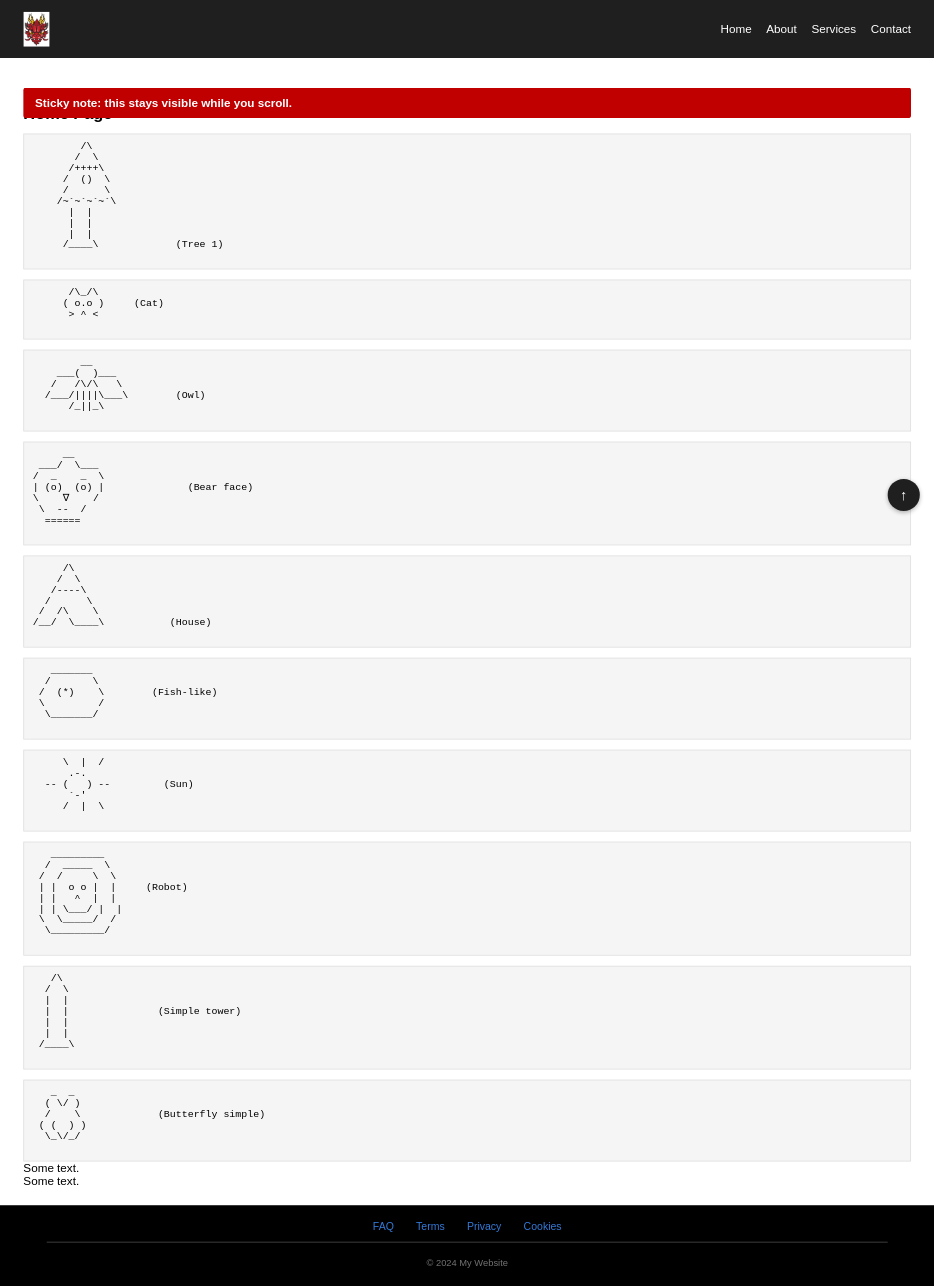
Repository: andreamm-lab/css-positioning-examples-2025-10
Page: index.html
An editor plug-in stored every save of this project. The page is shown before and after the next save, followed by the edit.
The browser window is 1280 px wide. The pictures show the whole page, at 73% of full size.

Above is the page before, as saved 2025-11-10 19:58:31.

After the next save:
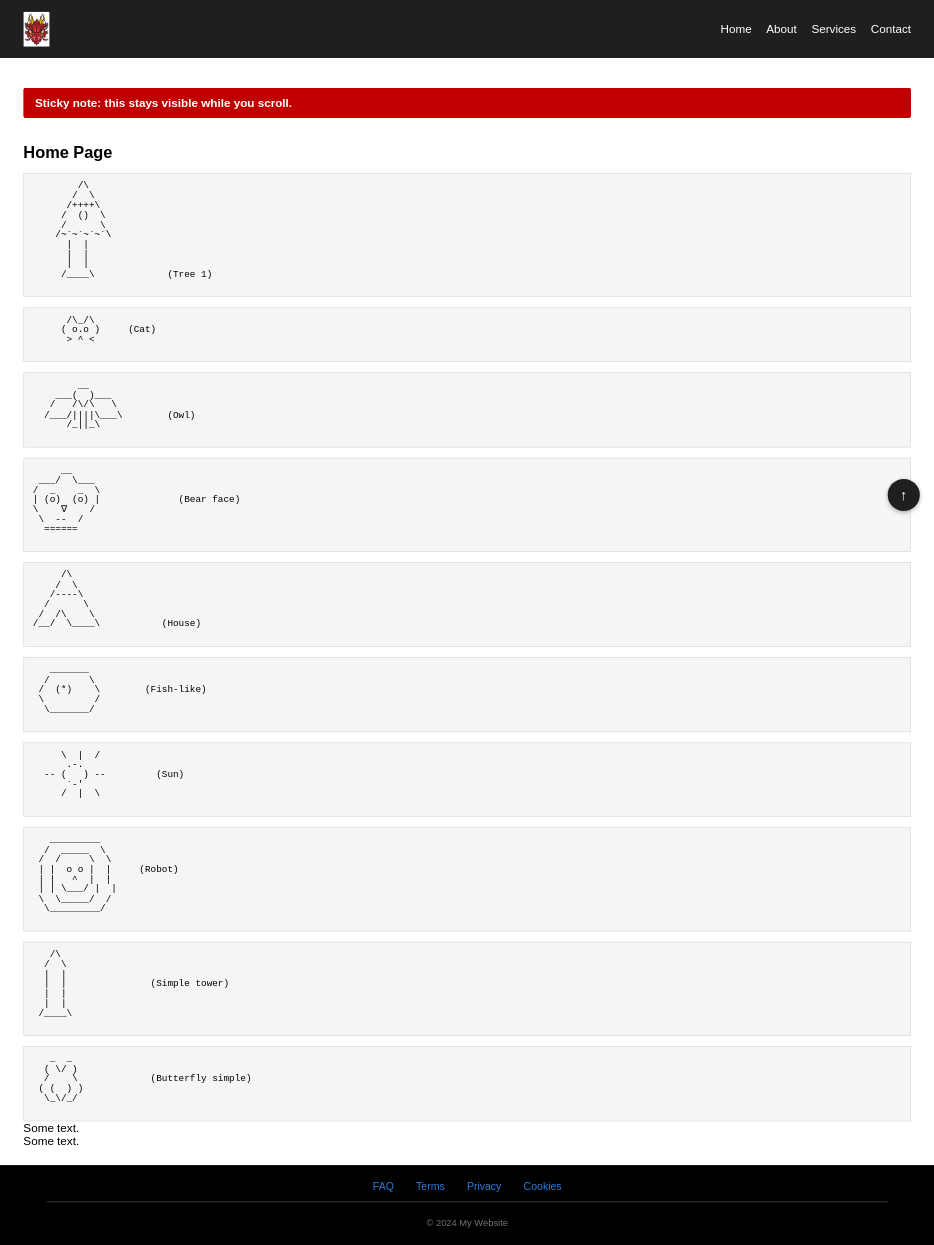
Saved 6 min 31 s later.
--- a/main.css
+++ b/main.css
@@ -234,9 +234,9 @@ main.page {
     font-weight: 600;
 }
 
-/* subtítulo debajo del sticky */
+/* subtítulo debajo del sticky, separado para que no lo tape */
 .home-subtitle {
-    margin-top: 16px;
+    margin-top: 70px;  /* separa el título del sticky cuando se pega arriba */
     font-size: 1.4rem;
 }
 
@@ -260,8 +260,8 @@ main.page {
 /* parrafos con imágenes hechas con símbolos, tipo mecanografía */
 .symbol-art {
     font-family: "Courier New", Courier, monospace;
-    font-size: 0.85rem;
-    line-height: 1.1;
+    font-size: 0.8rem;
+    line-height: 1.05;
     margin-top: 14px;
     background-color: #f5f5f5;
     border: 1px solid #ddd;
@@ -288,6 +288,10 @@ main.page {
     z-index: 3000;
 }
 
+#back-to-top:hover {
+    background-color: #ff6666; /* rojo clarito al pasar el mouse */
+}
+
 /* 3.---------------------- Footer ---------------------- */
 #main-footer {
     background-color: #000000;
